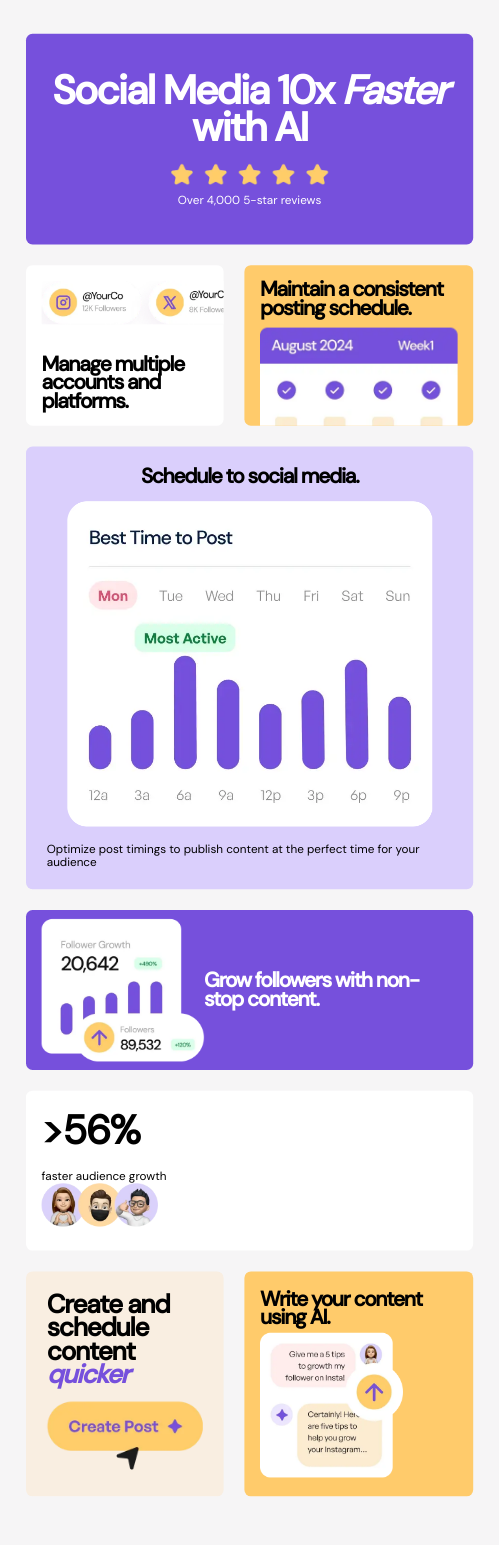
Repository: brandontaylor1/bento-grid
Page: index.html
The author's editor kept a copy of each file at every save. The page is drawn from the files as they stood at one save, then again after the next save.
The browser window is 768 px wide. The pictures show the whole page, at 65% of full size.

Above is the page before, as saved 2025-01-22 20:55:23.

After the next save:
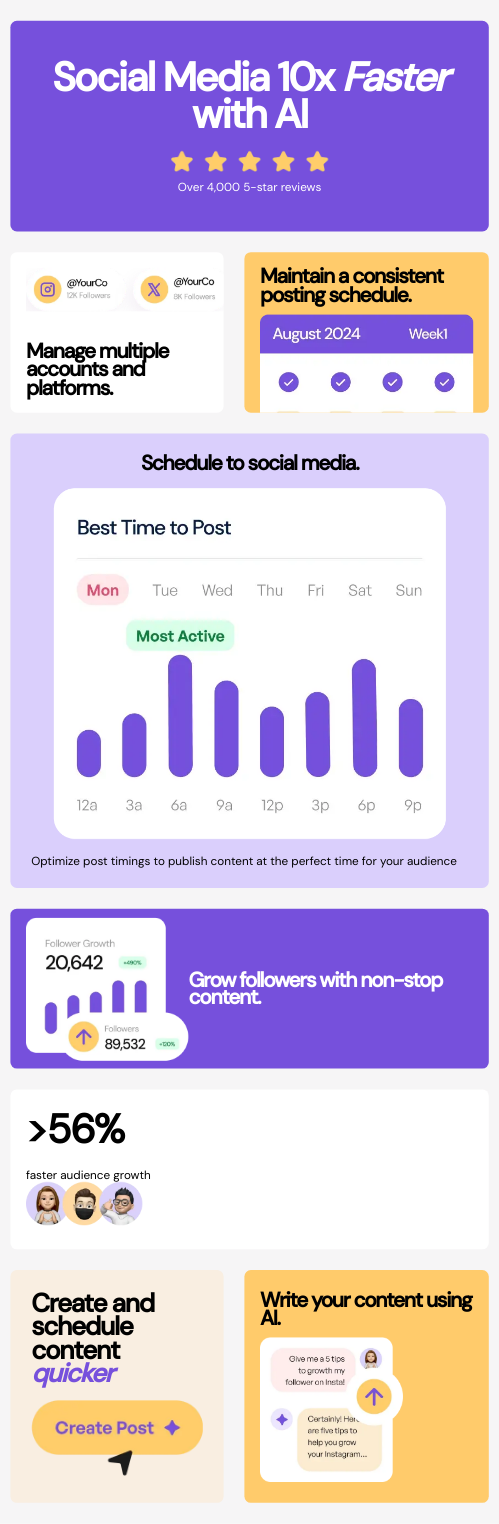
Saved 2 min 39 s later.
--- a/styles.css
+++ b/styles.css
@@ -301,7 +301,7 @@
         " g g g g "
         " a a f f ";
         gap: var(--spacing-4);
-        padding: 52px 40px 75px 40px;
+        padding: 32px 16px;
     }
 
     .grid-item-1 {
